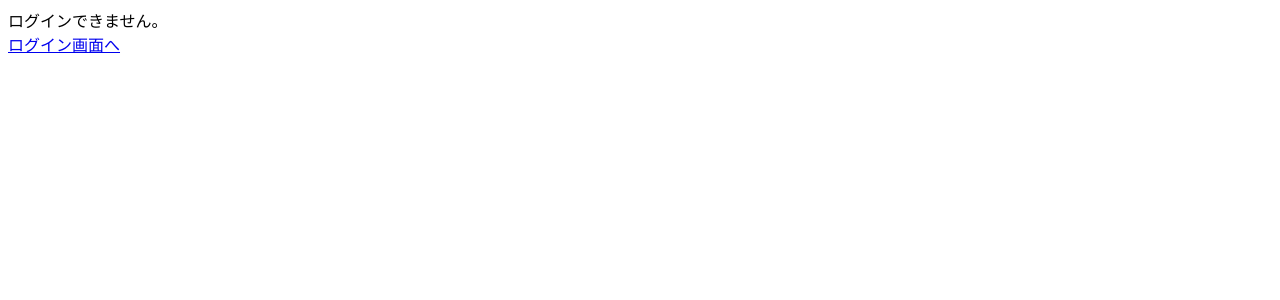
Repository: hayashikazuki/quroud9
Page: http://localhost/king HP/staff/staff_delete_done.php
The author's editor kept a record of every edit. The page is drawn from the files as they stood at one moment, then again after the next edit.
The browser window is 1280 px wide. The pictures show the whole page.
The page is run by PHP 8.4 with error messages shown; the project is at /var/www/html/.

Above is the page before.

### king HP/staff/staff_delete_done.php
<?php
session_start();
session_regenerate_id(true);
if(isset($_SESSION['login'])==false)
{
    print'ログインできません。<br />';
    print'<a href="../staff_login/staff_login.html">ログイン画面へ</a>';
    exit();
}
else
{
    print $_SESSION['staff_name'];
    print'さんログイン中<br />';
    print'<br />';
}

try
    {

    $staff_code = $_POST['code'];


    $dsn='mysql:dbname=king_hp_contact;host=localhost;charset=utf8';
    $user='root';
    $password='';
    $dbh = new PDO($dsn,$user,$password);
    $dbh->setAttribute(PDO::ATTR_ERRMODE,PDO::ERRMODE_EXCEPTION);

    $sql = 'DELETE FROM king_staff WHERE code=?';
    $stmt = $dbh->prepare($sql);
    $data[] = $staff_code;
    $stmt->execute($data);

    $dbh = null;

    }
    catch (Exception $e)
    {
        print 'ただいま障害により大変ご迷惑をお掛けしております。';
        exit();
    }
?>
<!DOCTYPE html>
<html lang="ja">
    <head>
        <meta charset="UTF-8">
        <meta name="viewport" content="width=device-width,initial-scale=1">
        <title>CONTACT管理ページ</title>
        <link rel="stylesheet" href="staff.css"/>
        <link href="https://use.fontawesome.com/releases/v5.6.1/css/all.css" rel="stylesheet">
        <link rel="stylesheet" href="https://cdnjs.cloudflare.com/ajax/libs/font-awesome-animation/0.0.10/font-awesome-animation.css" type="text/css" media="all" />
    </head>
    <body>

    <?php



    ?>

    削除しました。<br />
    <br />
    <a href ="staff_list.php">戻る</a>

    </body>
</html>

After the next edit:
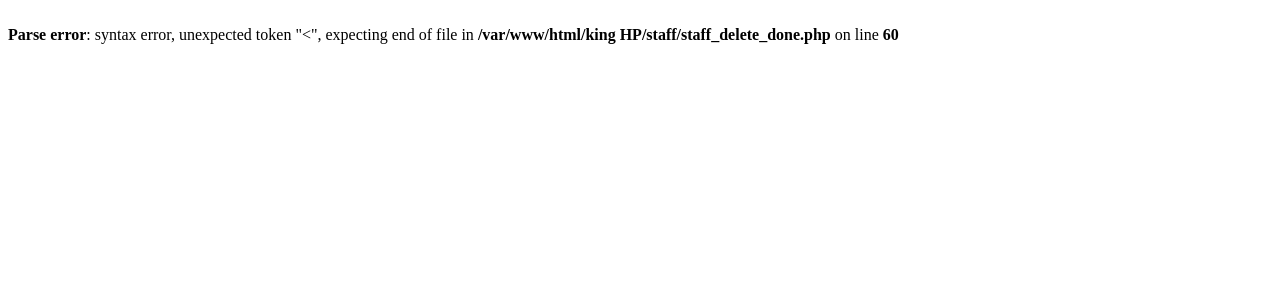
The edit:
--- a/king HP/staff/staff_delete_done.php
+++ b/king HP/staff/staff_delete_done.php
@@ -56,11 +56,6 @@
 
 
 
-    ?>
-
-    削除しました。<br />
-    <br />
-    <a href ="staff_list.php">戻る</a>
 
     </body>
 </html>

After the edit that followed:
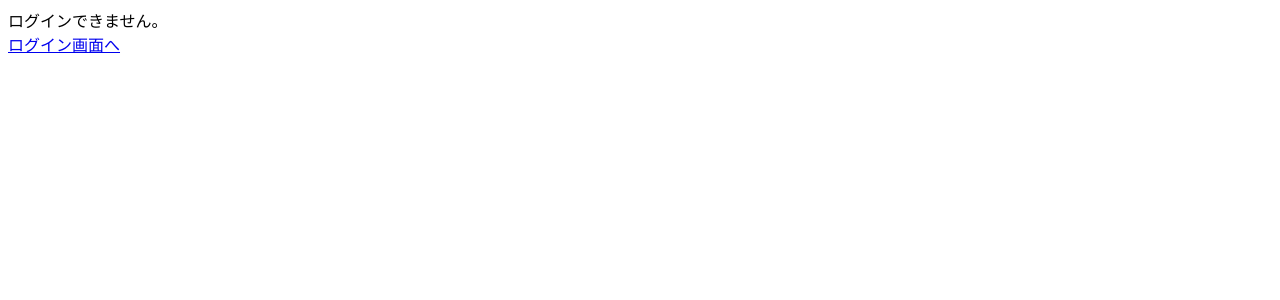
The edit:
--- a/king HP/staff/staff_delete_done.php
+++ b/king HP/staff/staff_delete_done.php
@@ -52,7 +52,11 @@
     </head>
     <body>
 
-    <?php
+    <section class="done">
+        <p><?php print $staff_name; ?>さんを</p>
+        <p>削除しました。</p>
+        <a href ="staff_list.php">戻る</a>
+    </section>
 
 
 
